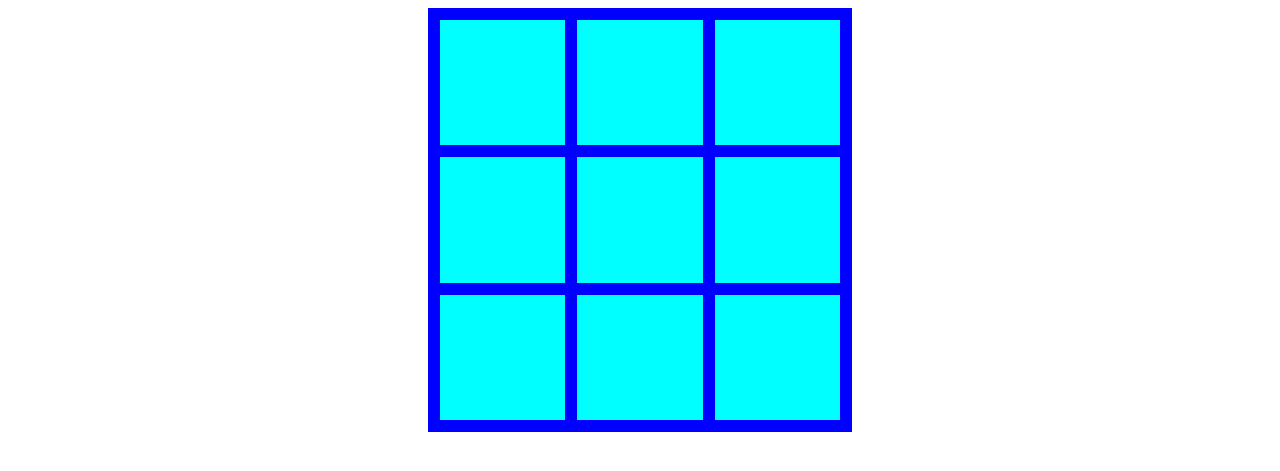
Repository: yeetzpxoci/tic-tac-toe
Page: index.html
The author's editor kept a copy of each file at every save. The page is drawn from the files as they stood at one save, then again after the next save.
The browser window is 1280 px wide. The pictures show the whole page.

Above is the page before, as saved 2023-02-22 20:34:32.
Console error: TypeError: Failed to execute 'appendChild' on 'Node': parameter 1 is not of type 'Node'.

After the next save:
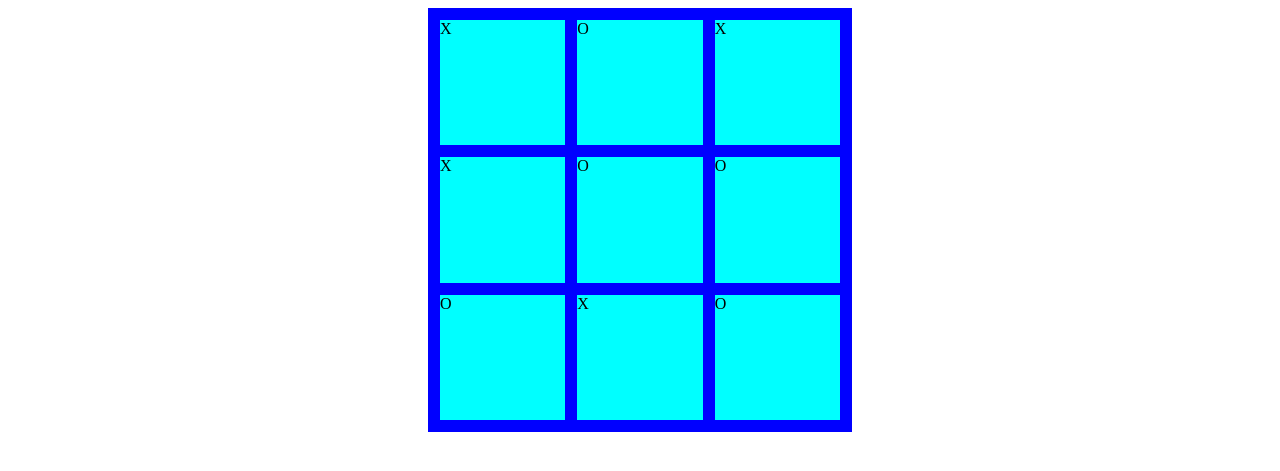
The error is gone.
Saved 18 s later.
--- a/script.js
+++ b/script.js
@@ -12,7 +12,7 @@ const players = (name) => {
 
 function renderBoard() {
     for (let i = 0; i < gameBoard.gameBoard.length; i++) {
-        document.getElementsByClassName("square")[i].appendChild(gameBoard.gameBoard[i]);
+        document.getElementsByClassName("square")[i].innerHTML = gameBoard.gameBoard[i];
     }
 }
 
